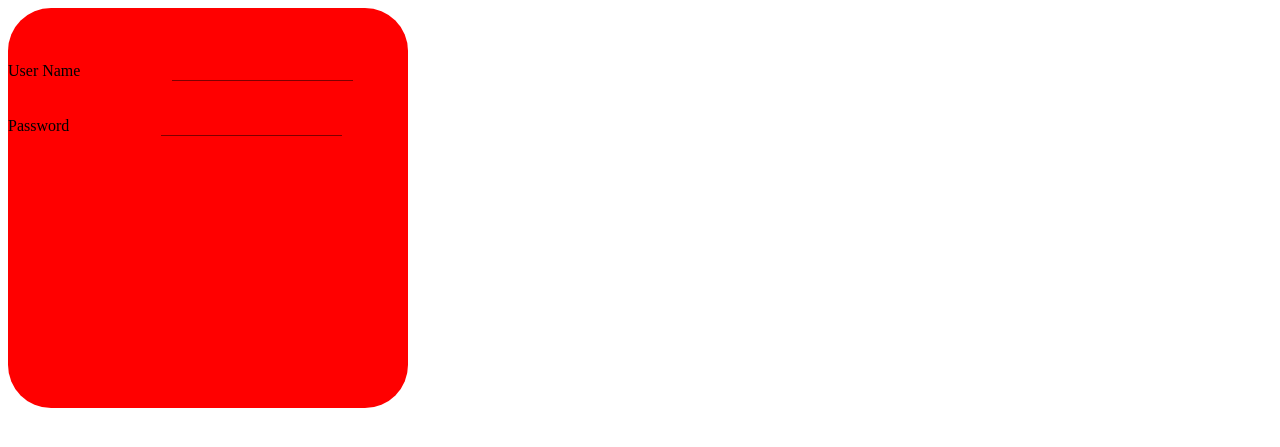
Repository: rkrukshan/Glass_Login_CSS
Page: loginform.html
An editor plug-in stored every save of this project. The page is shown before and after the next save, followed by the edit.
The browser window is 1280 px wide. The pictures show the whole page.

Above is the page before, as saved 2023-10-02 22:52:49.

### loginform.html
<!DOCTYPE html>
<html lang="en">

<head>
    <style>
        form
        {
            background-color: rgb(255, 0, 0);
            width: 25rem;
            height: 25rem;
            /* opacity: .1; */
            border-radius: 43px;
        }
        input
        {
            opacity: .5;
            border-left: 0;
            border-right: 0;
            border-top: 0;
            border-bottom: 1px solid black;
            margin-left: 5.5rem;
            background-color:transparent;
        }
        label
        {
            color:black;
        }
    </style>
    <meta charset="UTF-8">
    <meta name="viewport" content="width=device-width, initial-scale=1.0">
    <title>Document</title>
</head>

<body>
    <form action="">
        <br><br><br>
        <label class="" for="">User Name</label>
        <input type="text" name="" id=""><br><br><br>
        <label class="" for="">Password</label>
        <input type="password" name="" id="">
    </form>
</body>

</html>

After the next save:
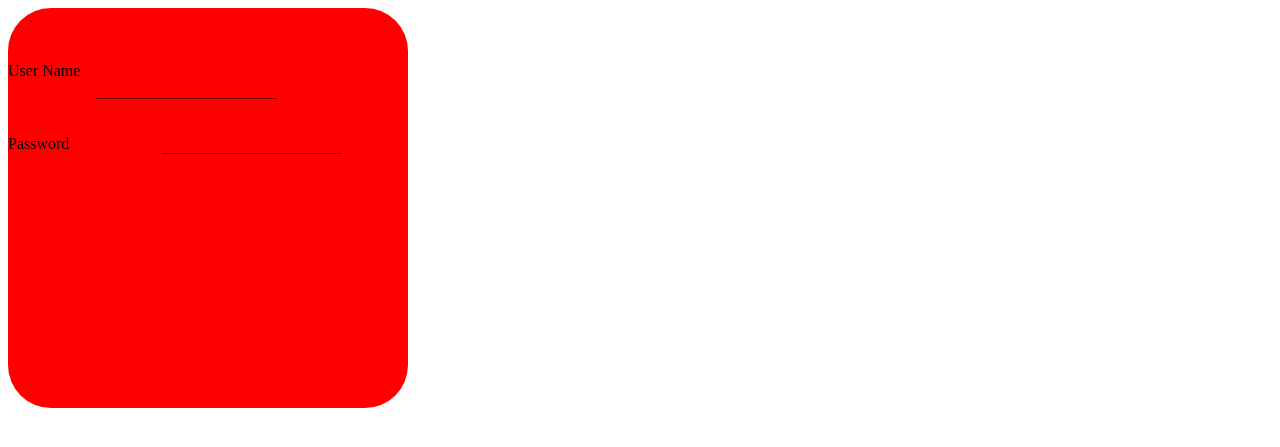
Saved 15 s later.
--- a/loginform.html
+++ b/loginform.html
@@ -34,7 +34,7 @@
 <body>
     <form action="">
         <br><br><br>
-        <label class="" for="">User Name</label>
+        <label class="" for="">User Name</label><br>
         <input type="text" name="" id=""><br><br><br>
         <label class="" for="">Password</label>
         <input type="password" name="" id="">
